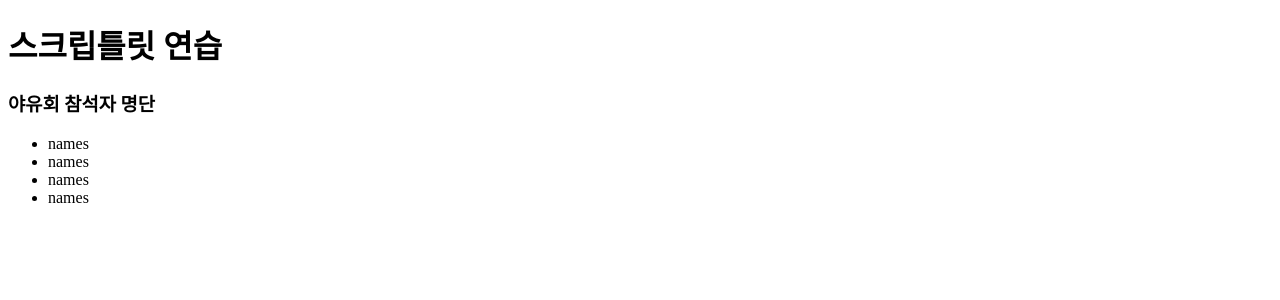
Repository: qwer1227/Jsp_study
Page: http://localhost/app/sample1.jsp
An editor plug-in stored every save of this project. The page is shown before and after the next save, followed by the edit.
The browser window is 1280 px wide. The pictures show the whole page.
The page is served by Tomcat 9.

Above is the page before, as saved 2024-08-05 06:51:08.

After the next save:
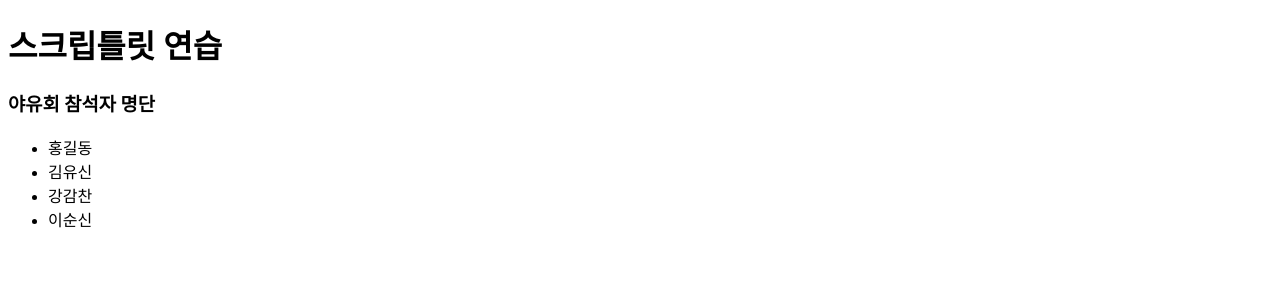
Saved 103 s later.
--- a/app/src/main/webapp/sample1.jsp
+++ b/app/src/main/webapp/sample1.jsp
@@ -22,7 +22,7 @@
 <%
 	for(String name : names){
 %>
-		<li>names</li>
+		<li><%=name %></li>
 <%
 	}
 %>
